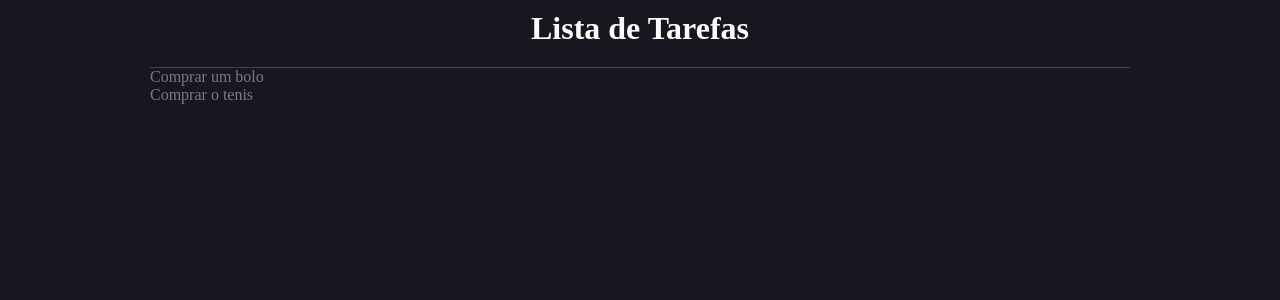
Repository: Wink07/lista-tarefas
Page: /
The author's editor kept a copy of each file at every save. The page is drawn from the files as they stood at one save, then again after the next save.
The browser window is 1280 px wide. The pictures show the whole page.
The project was rebuilt for these pictures with package versions that can differ from the ones it lists, and the page was loaded fresh each time. Also part of the build but not shown: vite.config.ts.

Above is the page before, as saved 2022-05-10 18:23:31.

After the next save:
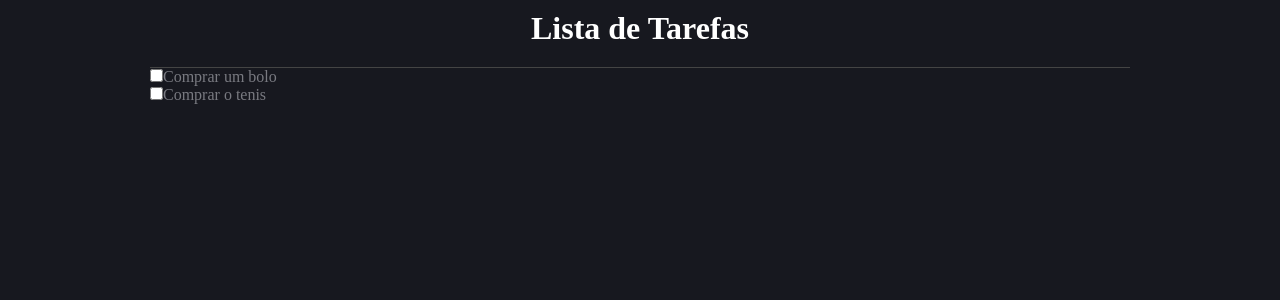
Saved 87 s later.
--- a/src/components/ListItem/index.tsx
+++ b/src/components/ListItem/index.tsx
@@ -9,7 +9,8 @@ type Props = {
 export const ListItem = ({item }: Props) => {
     return (
         <C.Container>
-            {item.name}
+            <input type="checkbox" />
+            <label>{item.name}</label>
         </C.Container>
     )
 }
